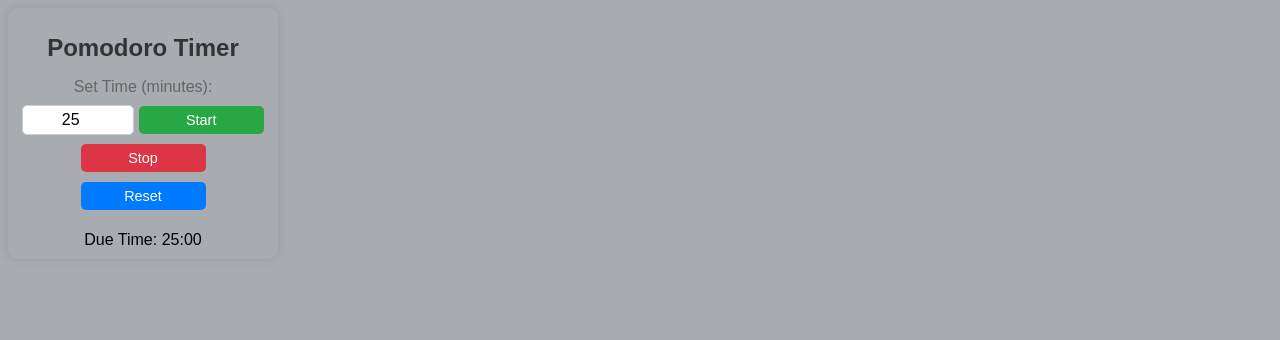
Repository: Prateek09102001/POMODORO-TIMER-UPDATEED-EXTENSIONS
Page: popup.html
An editor plug-in stored every save of this project. The page is shown before and after the next save, followed by the edit.
The browser window is 1280 px wide. The pictures show the whole page.

Above is the page before, as saved 2024-09-30 19:09:16.

### popup.html
<!DOCTYPE html>
<html lang="en">
<head>
    <meta charset="UTF-8">
    <meta name="viewport" content="width=device-width, initial-scale=1.0">
    <title>Pomodoro Timer</title>
    <link rel="stylesheet" href="style.css"> <!-- Link to external CSS file -->
</head>
<body>
    <h1>Pomodoro Timer</h1>
    <label for="minutes">Set Time (minutes):</label>
    <input type="number" id="minutes" min="1" value="25">
    <button id="start">Start</button>
    <button id="stop">Stop</button>
    <button id="reset">Reset</button>

    <p id="status"></p> <!-- To show the timer status -->
    <div id="dueTime" class="due-time-box">Due Time: 25:00</div> <!-- Display due time -->

    <script src="popup.js"></script>
</body>
</html>

### style.css
body {
    font-family: 'Arial', sans-serif;
    padding: 10px;
    background-color: #a8abaf;
    border-radius: 10px;
    box-shadow: 0 0 10px rgba(0, 0, 0, 0.1);
    width: 250px;
    text-align: center; /* Center all text and elements */
}

h1 {
    font-size: 1.5em;
    color: #333;
}

label {
    display: block;
    margin: 10px 0 5px;
    color: #666;
}

input[type="number"] {
    width: 100px; /* Set input width to 100px */
    padding: 5px;
    border-radius: 5px;
    border: 1px solid #ccc;
    text-align: center;
    font-size: 1em;
    margin: 0 auto; /* Center the input */
}

button {
    width: 50%; /* Button width */
    padding: 6px; /* Reduced padding */
    margin: 5px auto; /* Center buttons */
    border: none;
    border-radius: 5px;
    color: #fff;
    font-size: 0.9em; /* Slightly smaller font */
    cursor: pointer;
    transition: background-color 0.3s, transform 0.2s;
}

#start {
    background-color: #28a745; /* Green */
}

#stop {
    background-color: #dc3545; /* Red */
}

#reset {
    background-color: #007bff; /* Blue */
}

button:hover {
    transform: scale(1.05);
}

#status {
    margin-top: 10px;
    color: #333;
    font-weight: bold;
}

### popup.js
document.getElementById('start').addEventListener('click', () => {
    const minutes = parseInt(document.getElementById('minutes').value);
    if (isNaN(minutes) || minutes <= 0) {
        alert("Please enter a valid number of minutes.");
        return;
    }
    const seconds = minutes * 60; // Convert to seconds
    chrome.storage.local.set({ timerDuration: seconds }, () => {
        chrome.runtime.sendMessage({ action: "startTimer" });
        document.getElementById('status').innerText = "Timer started for " + minutes + " minutes.";
        window.close(); // Close the popup
    });
});

document.getElementById('stop').addEventListener('click', () => {
    chrome.runtime.sendMessage({ action: "stopTimer" });
    document.getElementById('status').innerText = "Timer stopped.";
    window.close(); // Close the popup
});

document.getElementById('reset').addEventListener('click', () => {
    chrome.runtime.sendMessage({ action: "resetTimer" });
    document.getElementById('status').innerText = "Timer reset.";
    window.close(); // Close the popup
});

After the next save:
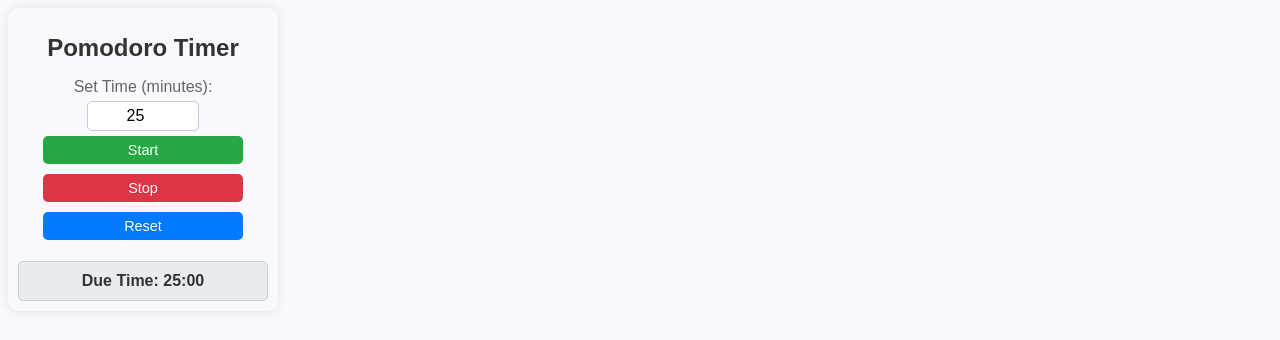
Saved 13 s later.
--- a/style.css
+++ b/style.css
@@ -1,7 +1,7 @@
 body {
     font-family: 'Arial', sans-serif;
     padding: 10px;
-    background-color: #a8abaf;
+    background-color: #f7f9fc;
     border-radius: 10px;
     box-shadow: 0 0 10px rgba(0, 0, 0, 0.1);
     width: 250px;
@@ -30,7 +30,7 @@ input[type="number"] {
 }
 
 button {
-    width: 50%; /* Button width */
+    width: 80%; /* Button width */
     padding: 6px; /* Reduced padding */
     margin: 5px auto; /* Center buttons */
     border: none;
@@ -62,3 +62,13 @@ button:hover {
     color: #333;
     font-weight: bold;
 }
+
+.due-time-box {
+    margin-top: 15px;
+    padding: 10px;
+    border: 1px solid #ccc;
+    border-radius: 5px;
+    background-color: #e9ecef; /* Light gray background */
+    color: #333;
+    font-weight: bold;
+}
